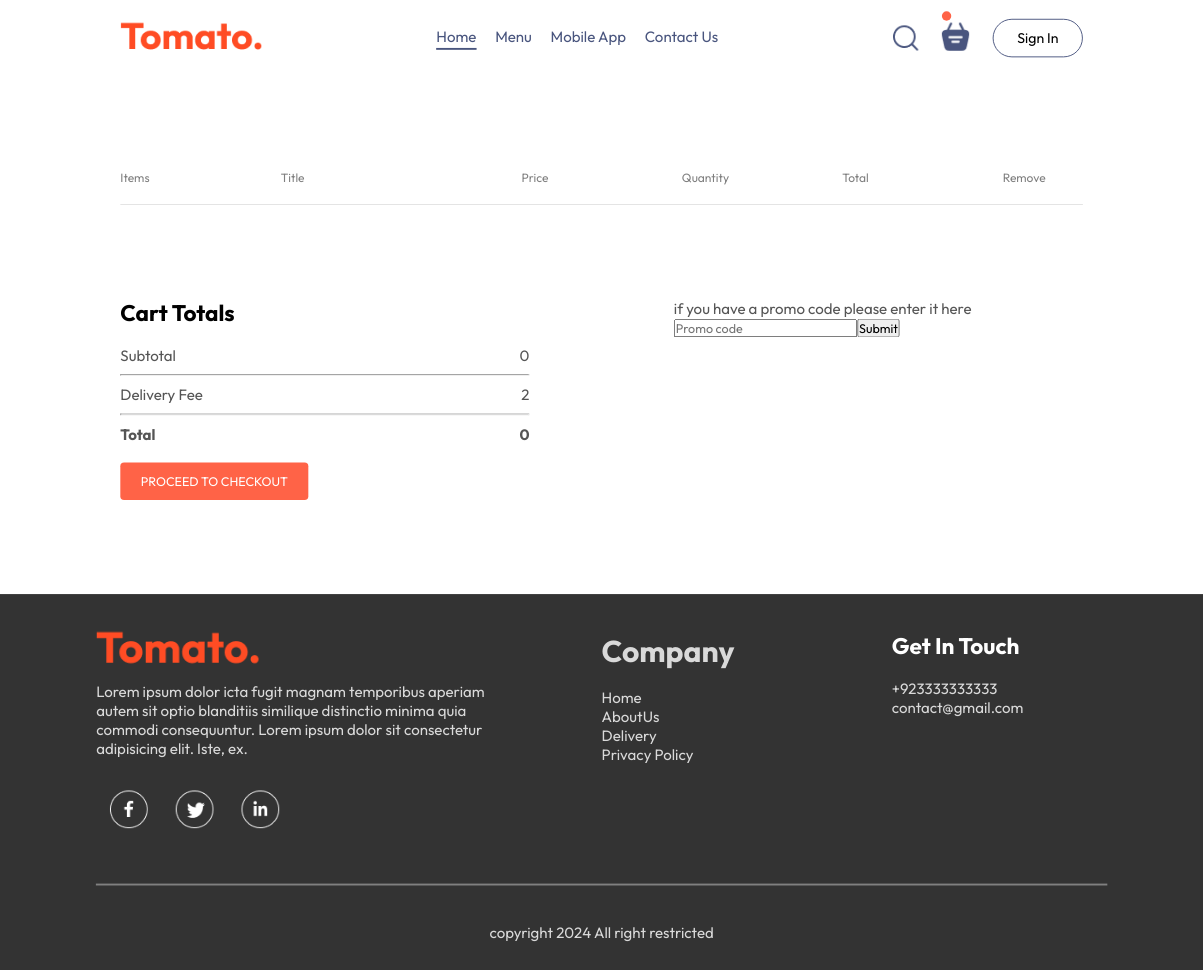
Repository: Attar786/Food-ordering-app
Page: /cart (app in frontend/)
An editor plug-in stored every save of this project. The page is shown before and after the next save, followed by the edit.
The browser window is 1280 px wide. The pictures show the whole page, at 94% of full size.
The project was rebuilt for these pictures with package versions that can differ from the ones it lists, and the page was loaded fresh each time. Also part of the build but not shown: frontend/vite.config.js, frontend/src/components/Header/Header.css, frontend/src/components/Header/Header.jsx, frontend/src/components/ExploreMenu/ExploreMenu.css, frontend/src/components/ExploreMenu/ExploreMenu.jsx, frontend/src/components/FoodDisplay/FoodDisplay.css, frontend/src/components/FoodItem/FoodItem.css, frontend/src/components/FoodItem/FoodItem.jsx and 8 more.

Above is the page before, as saved 2024-07-30 16:41:34.

After the next save:
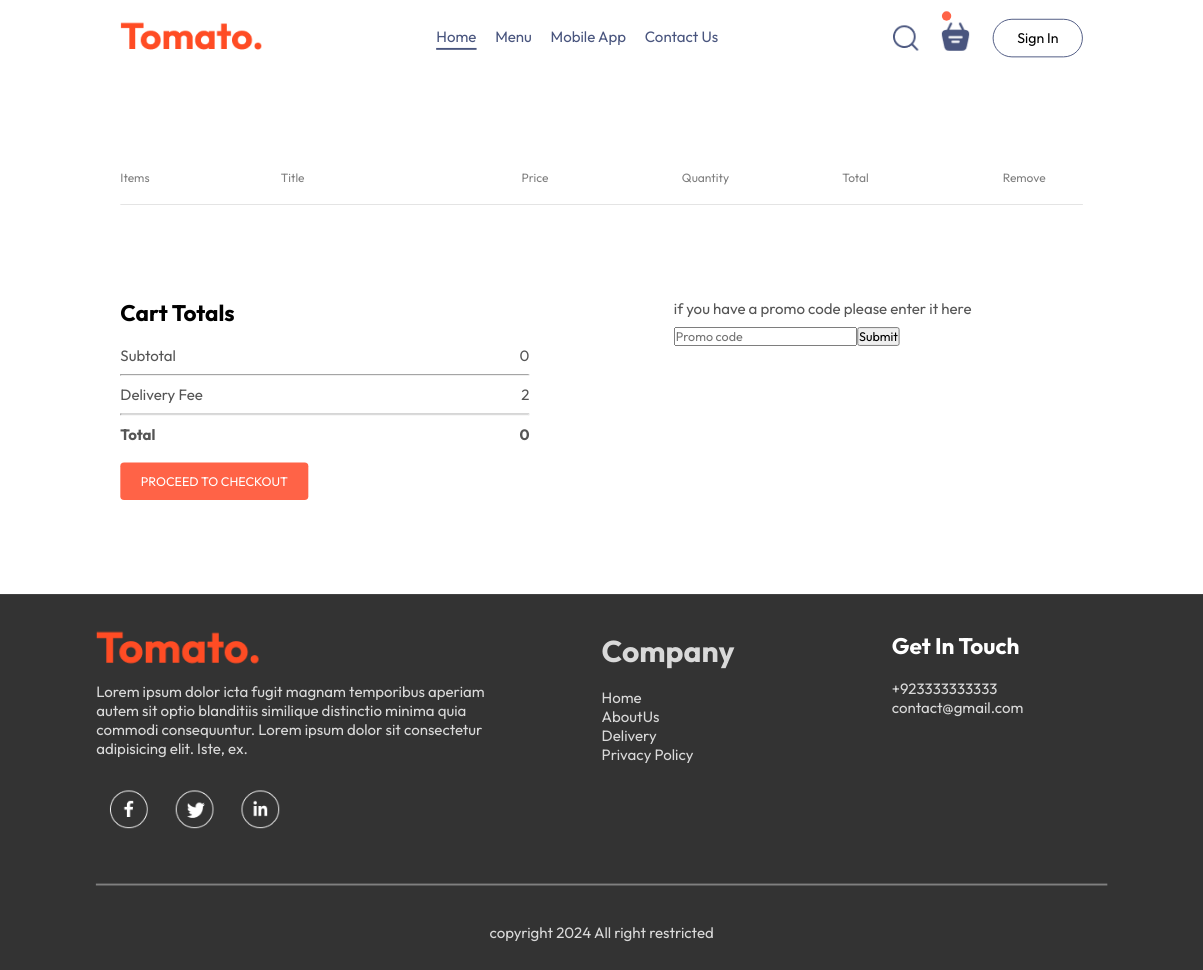
Saved 59 s later.
--- a/frontend/src/pages/Cart/Cart.css
+++ b/frontend/src/pages/Cart/Cart.css
@@ -62,3 +62,8 @@ gap: max(12vw,20px);
 .cart-promocode p{
     color: #555;
 }
+.cart-promocode-input{
+    margin-top: 10px;
+    display: flex;
+
+}
